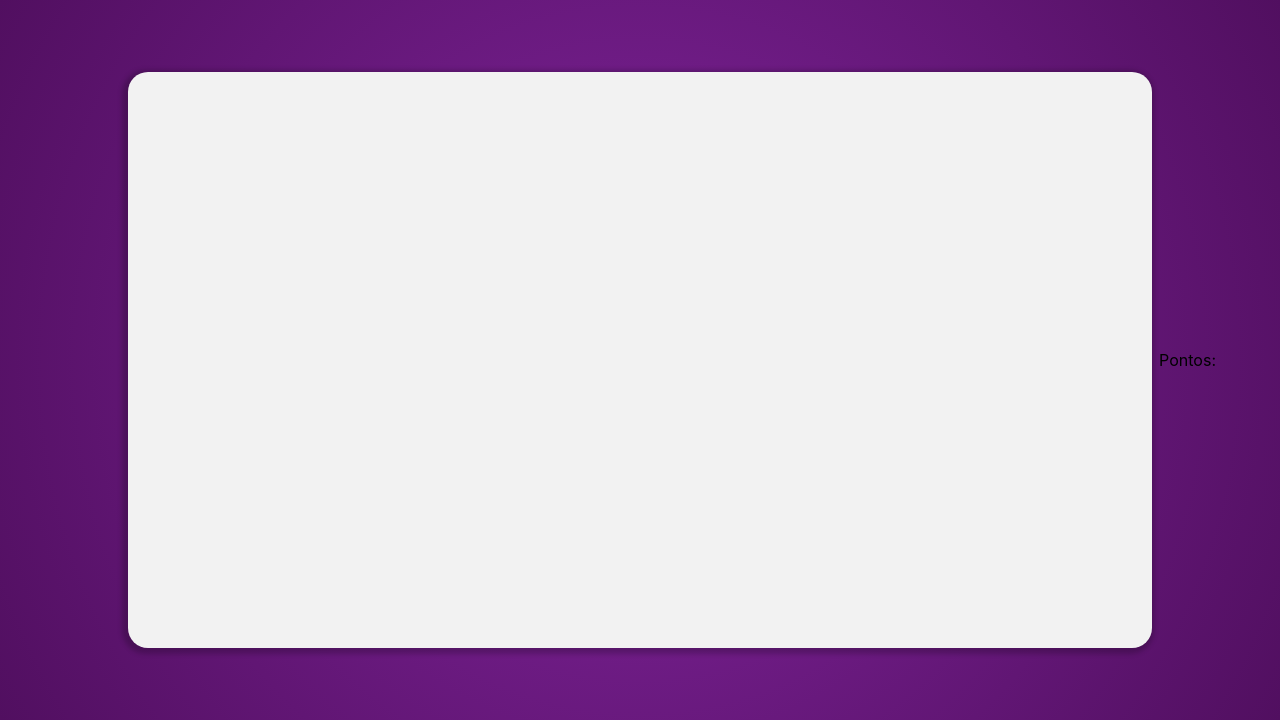
Repository: gabrielejandres/bd-final-project
Page: /play (app in frontend/)
The author's editor kept a copy of each file at every save. The page is drawn from the files as they stood at one save, then again after the next save.
The browser window is 1280 px wide. The pictures show the whole page.
The project was rebuilt for these pictures with package versions that can differ from the ones it lists, and the page was loaded fresh each time. Also part of the build but not shown: frontend/src/App.css, frontend/src/components/Button/index.jsx, frontend/src/components/Logo/style.css, frontend/src/components/Logo/index.jsx, frontend/src/components/Footer/Login/index.jsx, frontend/src/pages/Login/index.jsx, frontend/src/components/Footer/Home/style.css, frontend/src/components/Footer/Home/index.jsx and 1 more.

Above is the page before, as saved 2022-03-05 21:25:21.

After the next save:
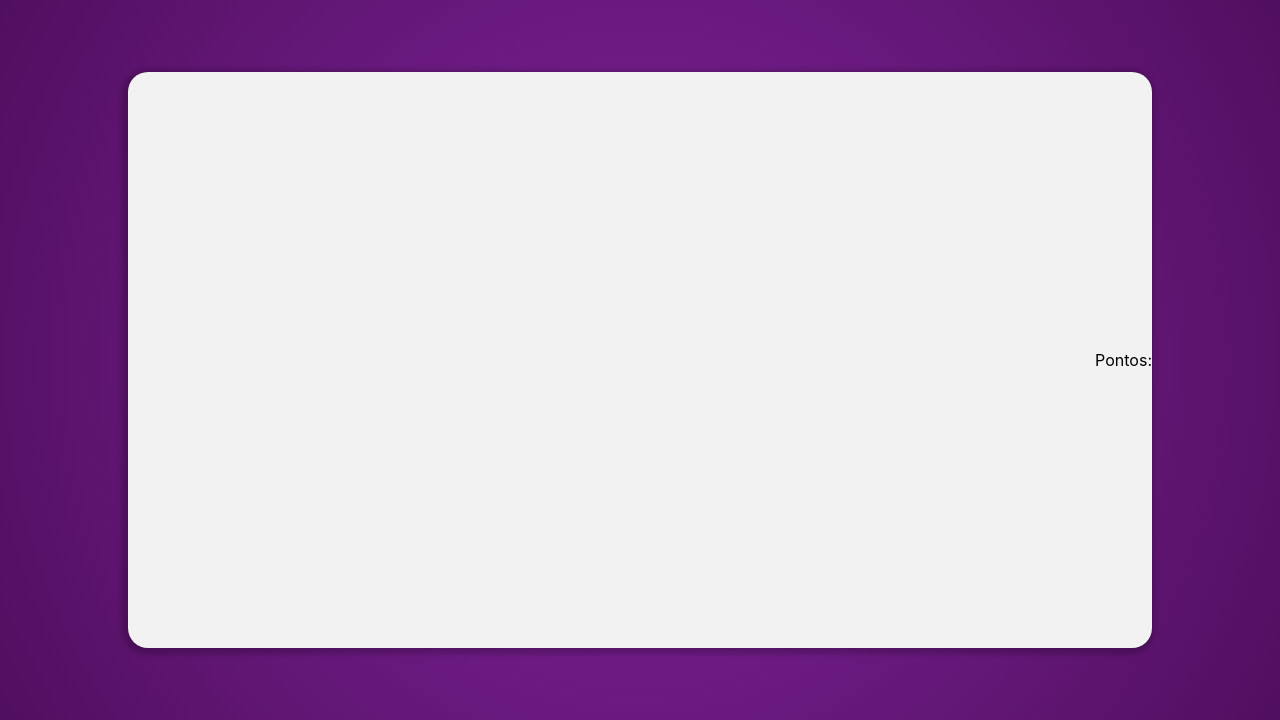
Saved 9 s later.
--- a/frontend/src/pages/Play/style.css
+++ b/frontend/src/pages/Play/style.css
@@ -12,5 +12,5 @@
 
 .score{
   position: absolute;
-  right: 5vw;
+  right: 10vw;
 }
